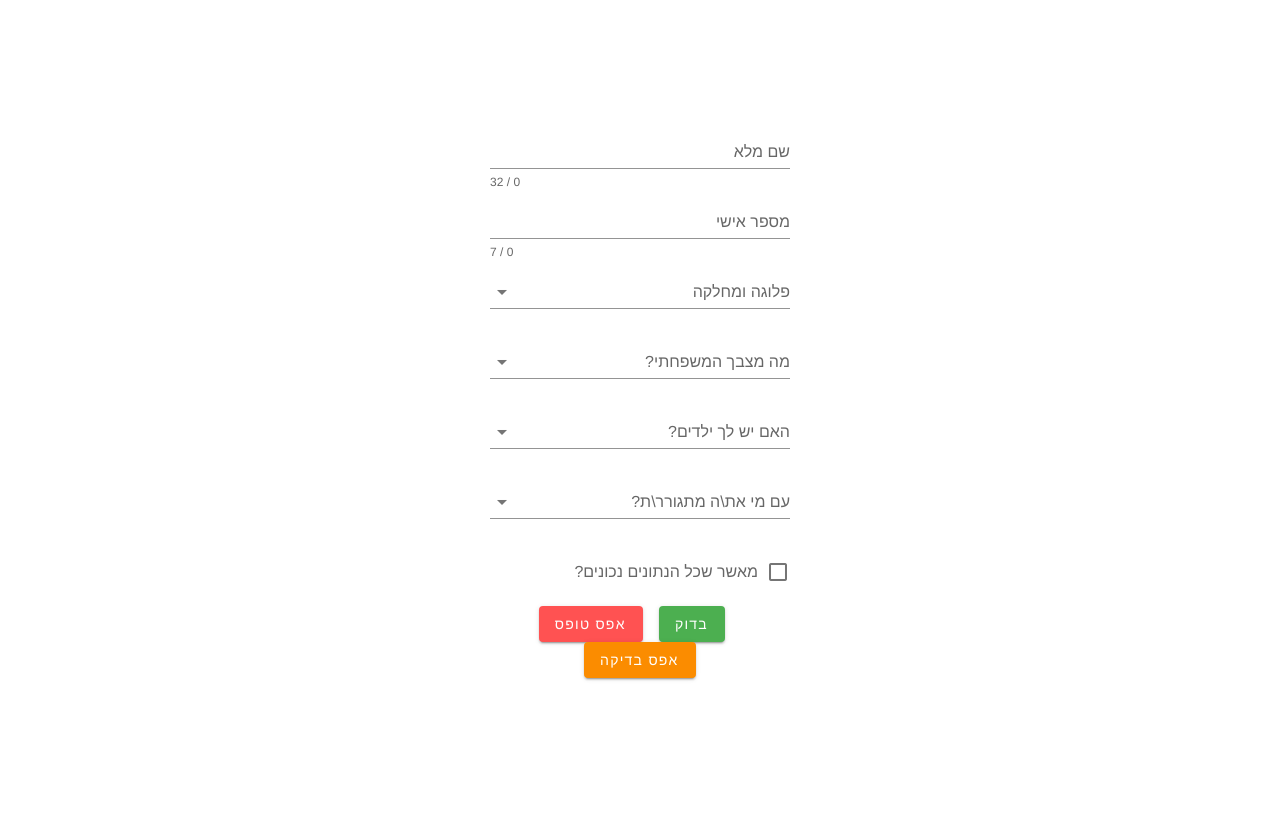
Repository: Natanhel/klitat-tash
Page: /
An editor plug-in stored every save of this project. The page is shown before and after the next save, followed by the edit.
The browser window is 1280 px wide. The pictures show the whole page.
The page's requests for data from a server got no answer. The project was rebuilt for these pictures with package versions that can differ from the ones it lists, and the page was loaded fresh each time. No one was signed in, and anything a server would have sent is missing. Also part of the build but not shown: vue.config.js.

Above is the page before, as saved 2020-12-01 17:08:55.

### src/App.vue
<template>
  <div id="app">
    <v-app>
      <v-form
        ref="form"
        v-model="valid"
        lazy-validation
      >
        <v-text-field
          v-model="name"
          :counter="32"
          :rules="nameRules"
          label="שם מלא"
          required
        ></v-text-field>

        <v-text-field
          v-model="pernr"
          :counter="7"
          :rules="pernrRules"
          label="מספר אישי"
          required
        ></v-text-field>

        <v-select
          v-model="select"
          :items="items"
          :rules="[v => !!v || 'נדרש להזין פלוגה ומחלקה']"
          label="פלוגה ומחלקה"
          required
        ></v-select>

        <v-select
          v-model="select"
          :items="familyItems"
          :rules="[v => !!v || 'נדרש להזין מצב משפחתי']"
          label="מה מצבך המשפחתי?"
          required
        ></v-select>

        <v-select
          v-model="select"
          :items="haveKidsItems"
          :rules="[v => !!v || 'נדרש להזין']"
          label="האם יש לך ילדים?"
          required
        ></v-select>

        <v-select
          v-model="select"
          :items="livingWithItems"
          :rules="[v => !!v || 'נדרש להזין']"
          label="עם מי את\ה מתגורר\ת?"
          required
        ></v-select>

        <v-checkbox
          v-model="checkbox"
          :rules="[v => !!v || 'עליך לאשר על מנת להמשיך!']"
          label="מאשר שכל הנתונים נכונים?"
          required
        ></v-checkbox>

        <v-btn
          :disabled="!valid"
          color="success"
          class="mr-4"
          @click="validate"
        >
          בדוק
        </v-btn>

        <v-btn
          color="error"
          class="mr-4"
          @click="reset"
        >
          אפס טופס
        </v-btn>

        <v-btn
          color="warning"
          @click="resetValidation"
        >
          אפס בדיקה
        </v-btn>
      </v-form>
    </v-app>
  </div>
</template>

<script>
import axios from 'axios';

export default {
  name: 'App',
  mounted(){
    // login
    const data = JSON.stringify({"password":"passward","email":"natanhelp@gmail.com"});

    const config = {
      method: 'post',
      url: 'https://nat-task-manager.herokuapp.com/users/login',
      headers: {
        'Content-Type': 'application/json'
      },
      data : data
    };

    axios(config)
      .then((response) => {
        console.log(JSON.stringify(response.data));
      })
      .catch((error) => {
        console.log(error);
      })
  },

  data: () => ({
    valid: true,
    name: '',
    nameRules: [
      v => !!v || 'נדרש להזין שם',
      v => !(v && v.length <= 4) || 'על השם להיות ארוך מ-4 תווים',
    ],
    pernr: '',
    pernrRules: [
      v => !!v || 'נדרש להזין מספר אישי',
      v => !(v.length !== 7) || 'על המספר להיות בדיוק 7 תווים'
    ],
    select: null,
    items: [
      'ו1',
      'ו2',
      'ו3',
      'ו4',
      'ו5',
    ],
    familyItems: [
      'רווק\\ה',
      'נשוי\\ה',
      'גרוש\\ה'
    ],
    haveKidsItems: [
      'כן', 'לא'
    ],
    livingWithItems: [
      'מתוגרר\\ת עם ההורים (אחד מהם לפחות)',
      'איני מתגורר\\ת עם ההורים'
    ],
    checkbox: false,
  }),
  methods: {
    validate () {
      this.$refs.form.validate()
    },
    reset () {
      this.$refs.form.reset()
    },
    resetValidation () {
      this.$refs.form.resetValidation()
    },
  },
}
</script>

<style>
#app {
  font-family: Avenir, Helvetica, Arial, sans-serif;
  -webkit-font-smoothing: antialiased;
  -moz-osx-font-smoothing: grayscale;
  text-align: center;
  color: #2c3e50;
  margin-top: 60px;
}

form
{
  width: 300px;
}

#app
{
  display: flex;
  align-items: center;
  justify-content: center;
}
</style>

### src/plugins/vuetify.js
import Vue from 'vue';
import Vuetify from 'vuetify/lib';

Vue.use(Vuetify);

export default new Vuetify({
    rtl: true,
});

Loaded but not shown: public/index.html (common file); src/main.js (common file)

After the next save:
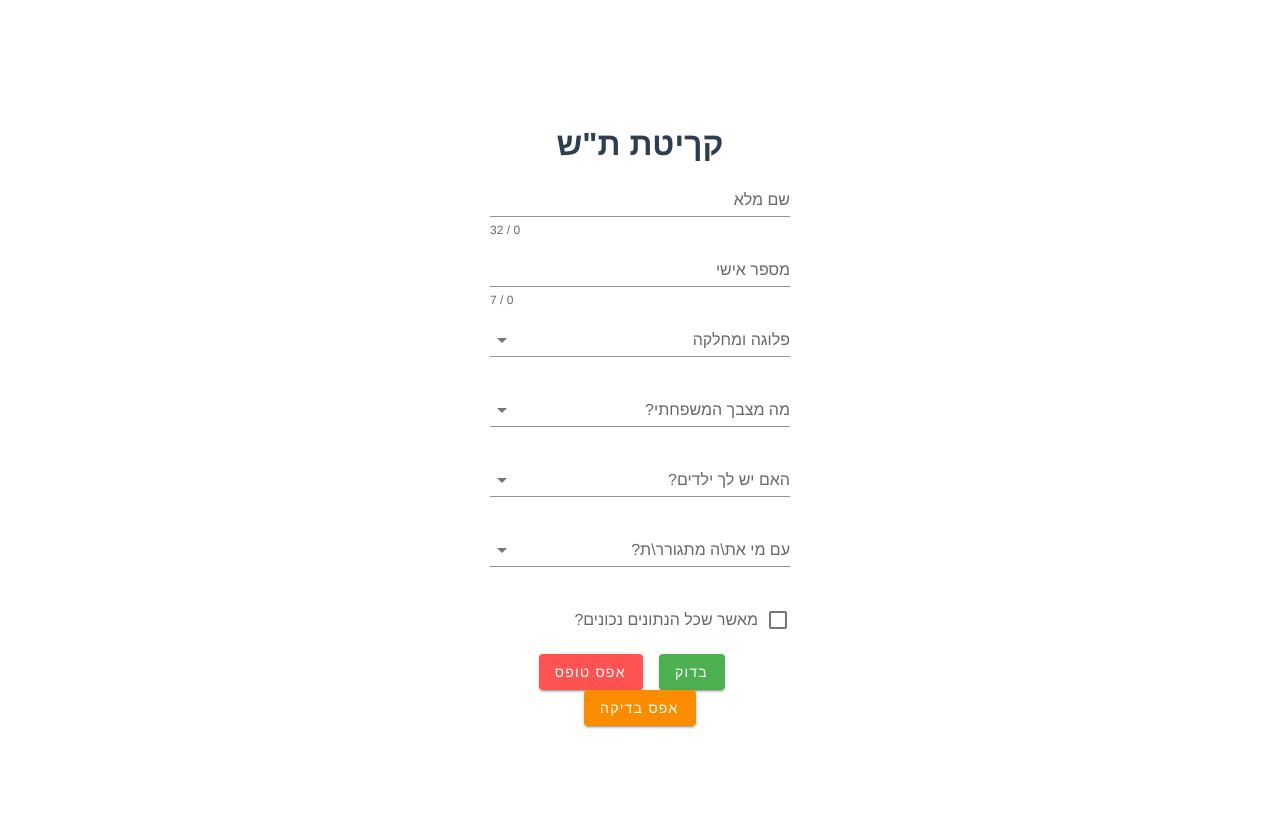
Saved 56 s later.
--- a/src/App.vue
+++ b/src/App.vue
@@ -1,6 +1,9 @@
 <template>
   <div id="app">
     <v-app>
+
+      <h1>קךיטת ת"ש</h1>
+
       <v-form
         ref="form"
         v-model="valid"
